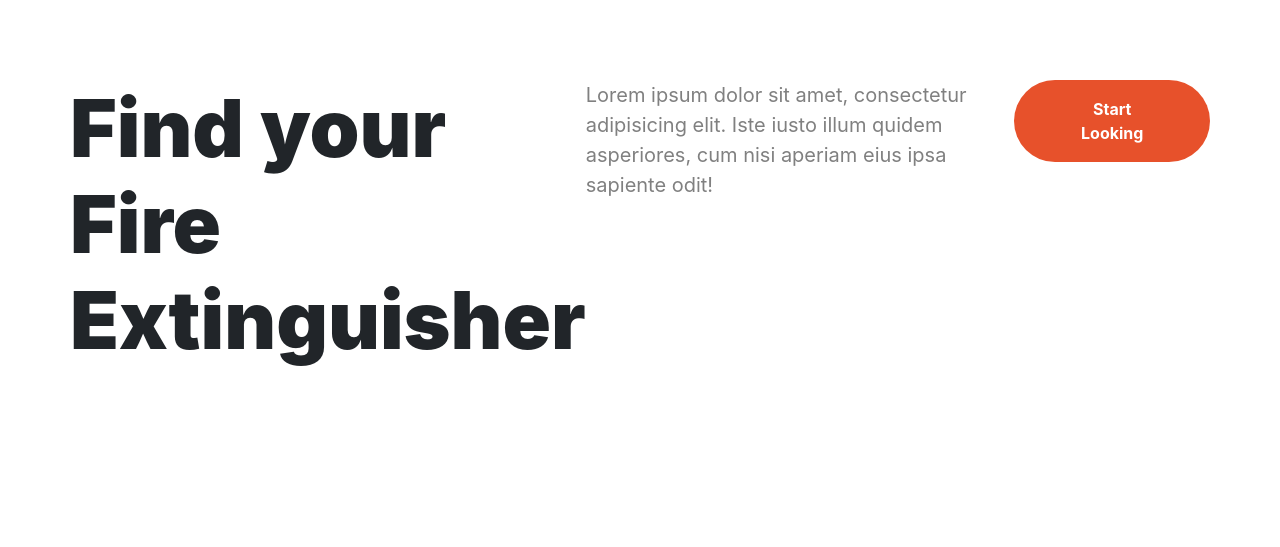
Repository: tomas938/Nuxt-crash-app
Page: /
The author's editor kept a copy of each file at every save. The page is drawn from the files as they stood at one save, then again after the next save.
The browser window is 1280 px wide. The pictures show the whole page.
The project was rebuilt for these pictures with package versions that can differ from the ones it lists, and the page was loaded fresh each time. The framework's server and built-in components were replaced by stand-ins that run in the browser. Also part of the build but not shown: nuxt.config.js.

Above is the page before, as saved 2021-08-29 11:57:57.

After the next save:
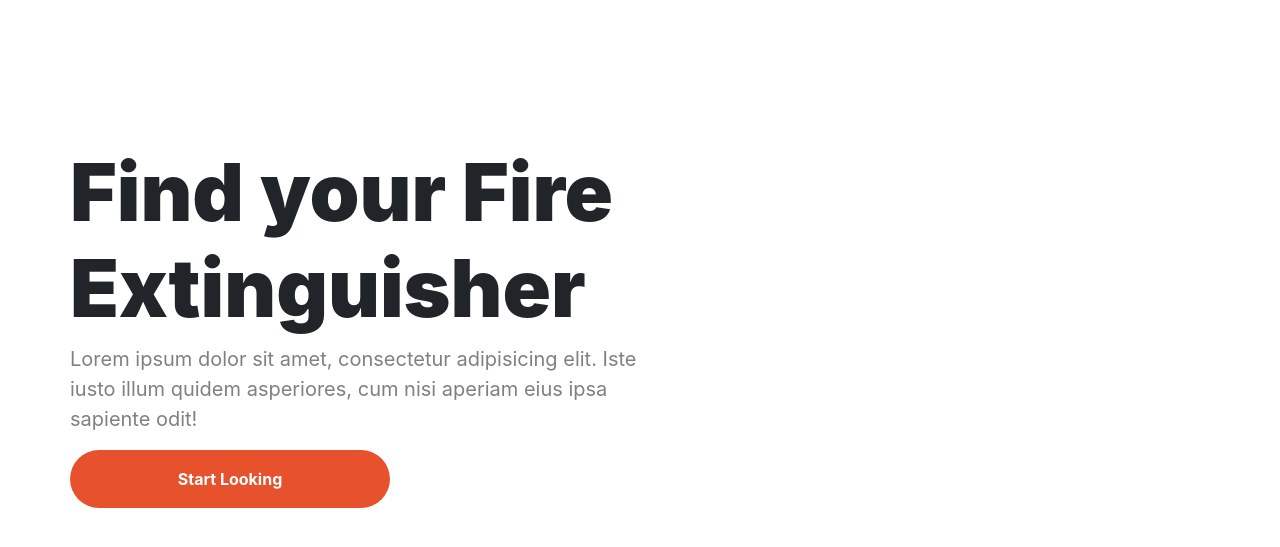
Saved 54 s later.
--- a/components/Hero.vue
+++ b/components/Hero.vue
@@ -1,11 +1,13 @@
 <template>
   <div class="Hero container">
-    <h1 class="header">Find your Fire Extinguisher</h1>
-    <p class="snippet">
-      Lorem ipsum dolor sit amet, consectetur adipisicing elit. Iste iusto illum
-      quidem asperiores, cum nisi aperiam eius ipsa sapiente odit!
-    </p>
-    <button class="button btn">Start Looking</button>
+    <div class="text-container">
+      <h1 class="header">Find your Fire Extinguisher</h1>
+      <p class="snippet">
+        Lorem ipsum dolor sit amet, consectetur adipisicing elit. Iste iusto
+        illum quidem asperiores, cum nisi aperiam eius ipsa sapiente odit!
+      </p>
+      <button class="button btn">Start Looking</button>
+    </div>
   </div>
 </template>
 
